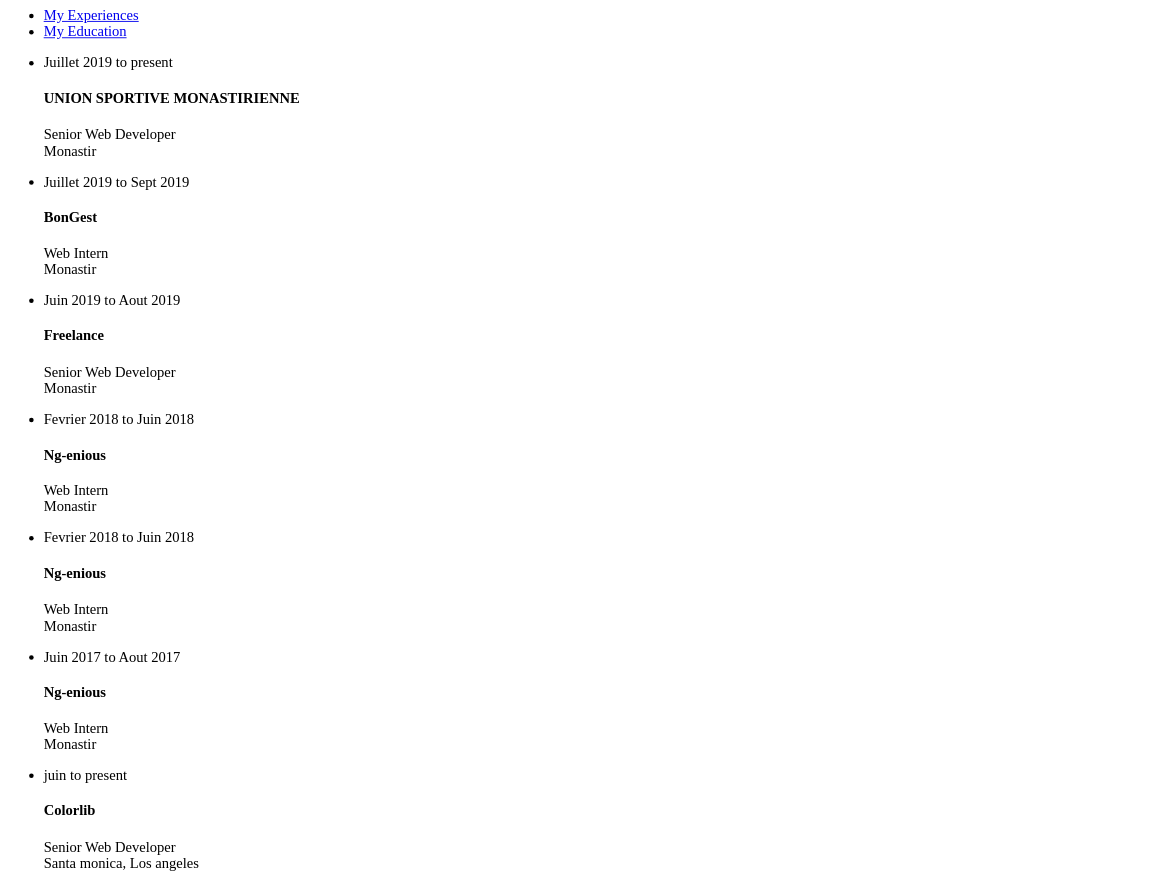
Repository: ChaabeneHabib/habib-chaabene
Page: formationExperience.html
An editor plug-in stored every save of this project. The page is shown before and after the next save, followed by the edit.
The browser window is 1280 px wide. The pictures show the whole page, at 91% of full size.

Above is the page before, as saved 2019-11-16 15:37:56.

After the next save:
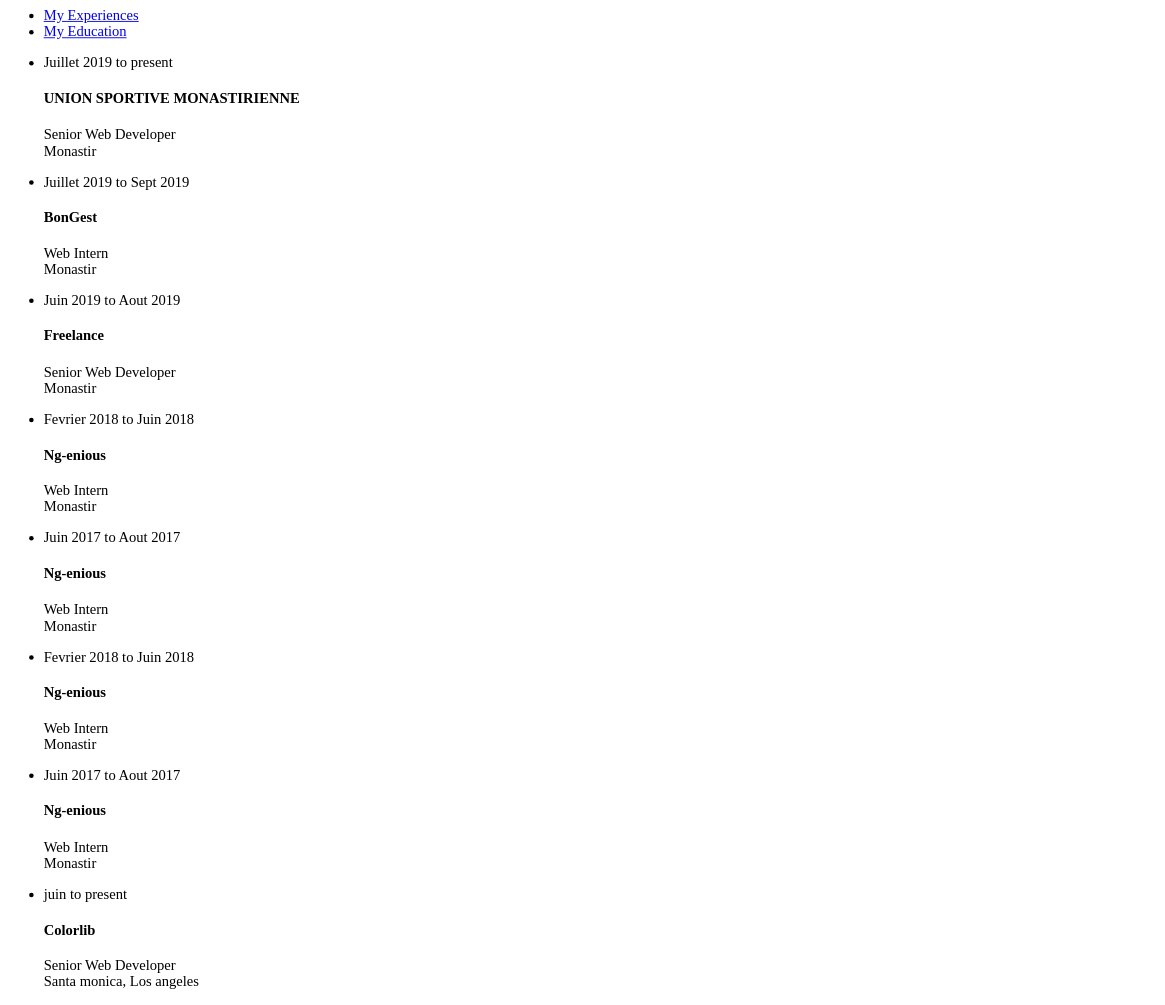
Saved 46 s later.
--- a/formationExperience.html
+++ b/formationExperience.html
@@ -62,6 +62,18 @@
                                         </div>
                                     </div>
                                 </li>
+                                <li>
+                                        <span></span>
+                                        <div class="media">
+                                            <div class="d-flex">
+                                                <p>Juin 2017 to Aout 2017</p>
+                                            </div>
+                                            <div class="media-body">
+                                                <h4>Ng-enious</h4>
+                                                <p>Web Intern <br />Monastir</p>
+                                            </div>
+                                        </div>
+                                    </li>
 						</ul>
 					</div>
 					<div class="tab-pane fade" id="profile" role="tabpanel" aria-labelledby="profile-tab">
